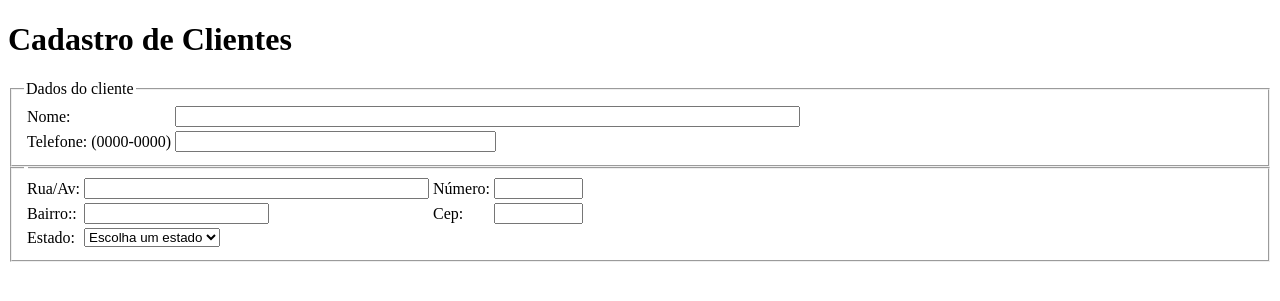
Repository: GabrielGGhost/EstudoJavaAW1-AW2
Page: estudos21/WebContent/cadastro.html
An editor plug-in stored every save of this project. The page is shown before and after the next save, followed by the edit.
The browser window is 1280 px wide. The pictures show the whole page.

Above is the page before, as saved 2020-10-31 20:22:34.

After the next save:
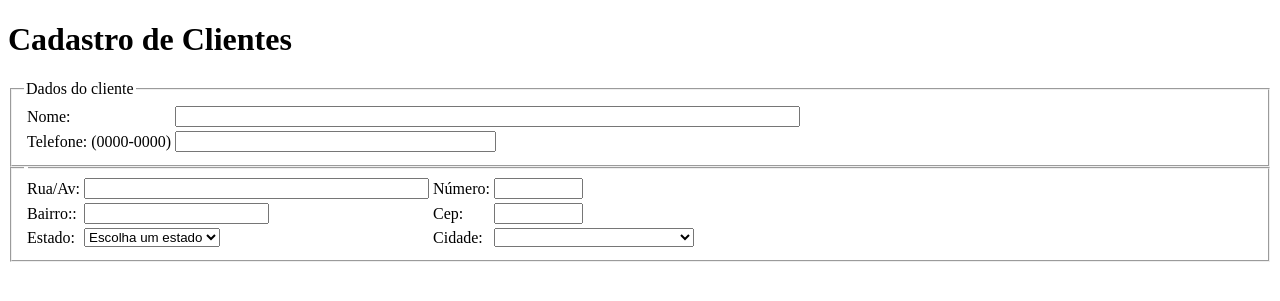
Saved 110 s later.
--- a/estudos21/WebContent/cadastro.html
+++ b/estudos21/WebContent/cadastro.html
@@ -93,6 +93,14 @@
 							<option></option>
 						</select>
 					</td>
+					<td>
+						<label for='cidade'>Cidade:</label>
+					</td>
+					<td>
+						<select name='cidade' id='cidade' style='width: 200px;'>
+
+						</select>
+					</td>
 				</tr>
 			</table>
 		</fieldset>
